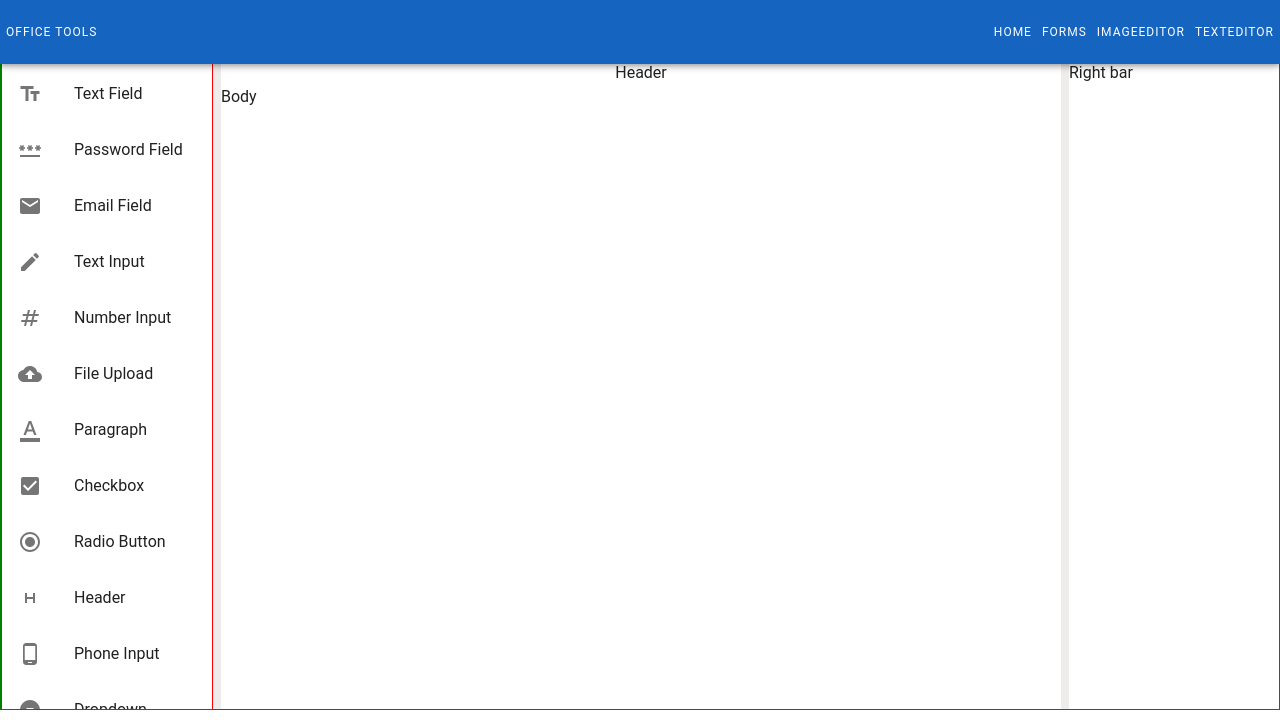
Repository: Vijay-Singh1/office-tools
Page: /form-builder/Create-Form
An editor plug-in stored every save of this project. The page is shown before and after the next save, followed by the edit.
The browser window is 1280 px wide. The pictures show the whole page.
The project was rebuilt for these pictures with package versions that can differ from the ones it lists, and the page was loaded fresh each time. Also part of the build but not shown: vite.config.ts, src/FormBuilderApp/src/pages/FormBuilderHome.tsx, src/FormBuilderApp/src/pages/OpenForms.tsx, src/App.css, src/components/common/sidebar/Sidebar.tsx, src/ImageEditor/src/pages/ImageEditorHome.tsx, src/ImageEditor/src/pages/CreateImage.tsx, src/DocsEditor/src/pages/DocsEditorHome.tsx and 1 more.

Above is the page before, as saved 2024-09-22 20:29:00.

After the next save:
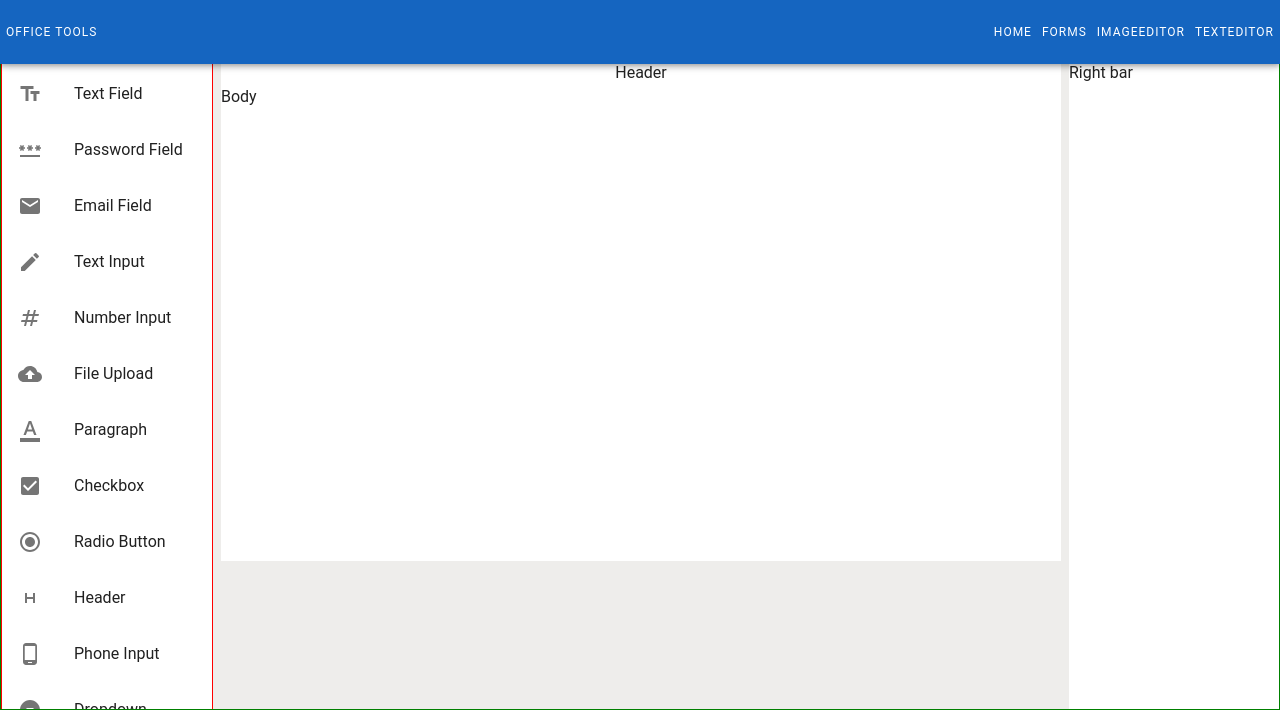
Saved 33 s later.
--- a/src/FormBuilderApp/src/components/centerComponent/centerComponent.jsx
+++ b/src/FormBuilderApp/src/components/centerComponent/centerComponent.jsx
@@ -9,7 +9,7 @@
     <Box flex={4} bgcolor={"white"}
     sx={{
       mb: 2,
-      height: 700,
+      height: 500,
       overflow: "hidden",
       overflowY: "scroll",
      // justifyContent="flex-end" # DO NOT USE THIS WITH 'scroll'

After the save that followed:
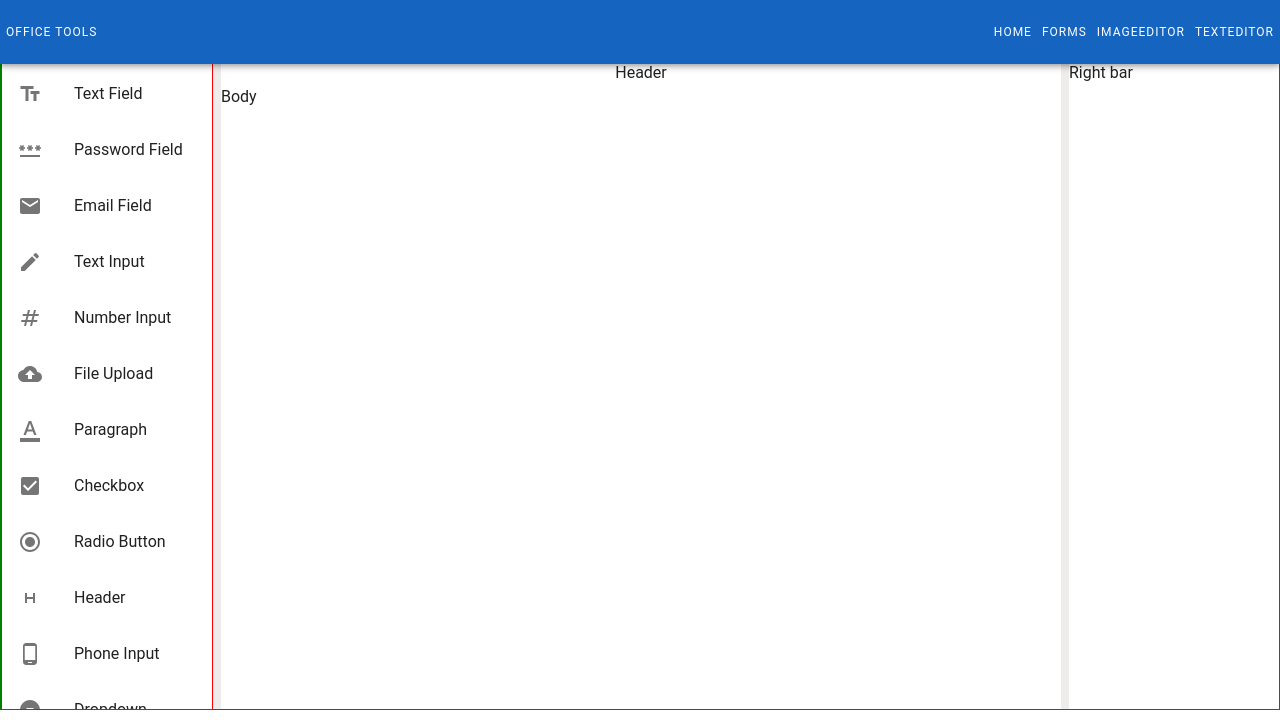
Saved 5 s later.
--- a/src/FormBuilderApp/src/components/centerComponent/centerComponent.jsx
+++ b/src/FormBuilderApp/src/components/centerComponent/centerComponent.jsx
@@ -9,7 +9,7 @@
     <Box flex={4} bgcolor={"white"}
     sx={{
       mb: 2,
-      height: 500,
+      height: 700,
       overflow: "hidden",
       overflowY: "scroll",
      // justifyContent="flex-end" # DO NOT USE THIS WITH 'scroll'
